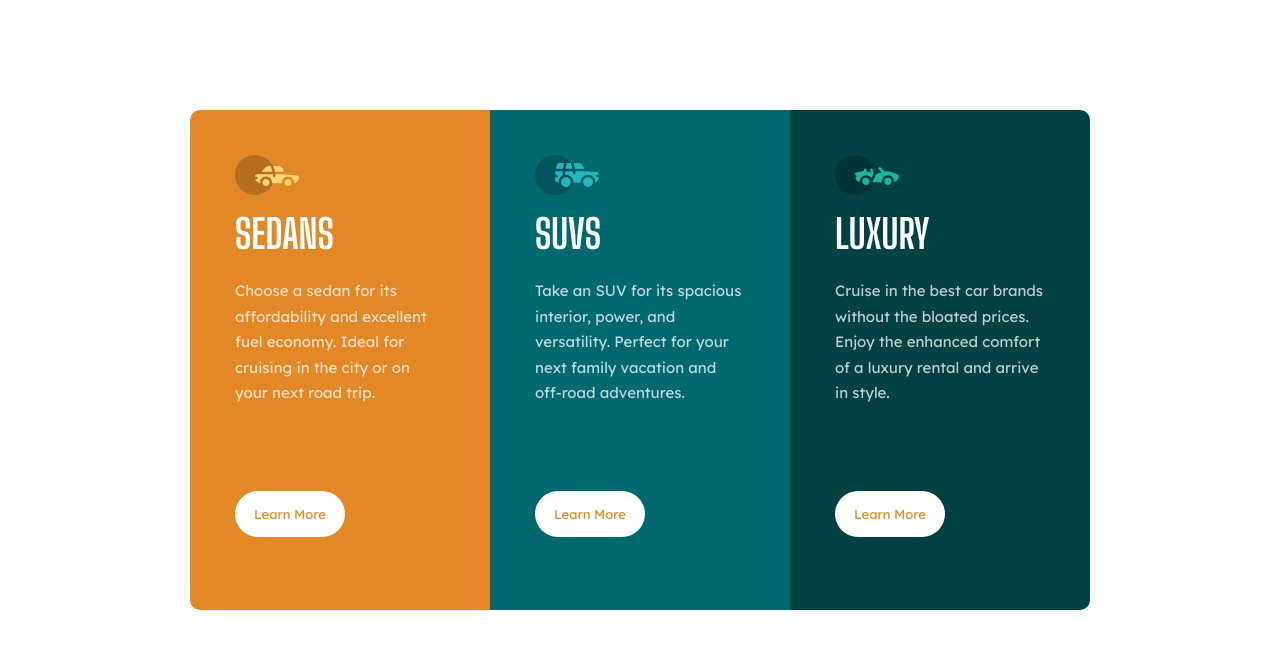
Repository: KamoliddinGIT/column-preview-card
Page: index.html
These files come from the project's save history. The page is drawn as it stood at one moment and after the next save; the edit follows.
The browser window is 1280 px wide. The pictures show the whole page.

Above is the page before, as saved 2023-09-15 16:41:30.

After the next save:
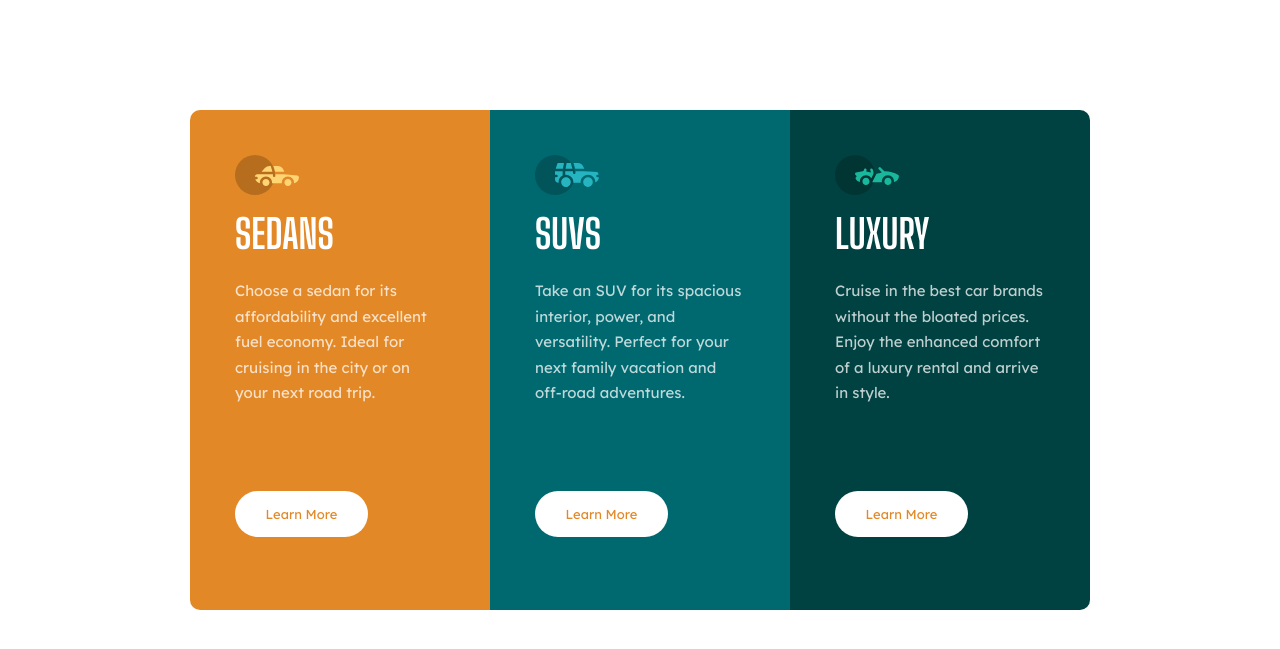
Saved 57 s later.
--- a/css/style.css
+++ b/css/style.css
@@ -78,7 +78,7 @@
   justify-content: center;
   align-items: center;
   font-size: 13px;
-  width: 110px;
+  width: 133px;
   text-decoration: none;
   font-family: "Lexend Deca", sans-serif;
   color: hsl(31, 77%, 52%);
